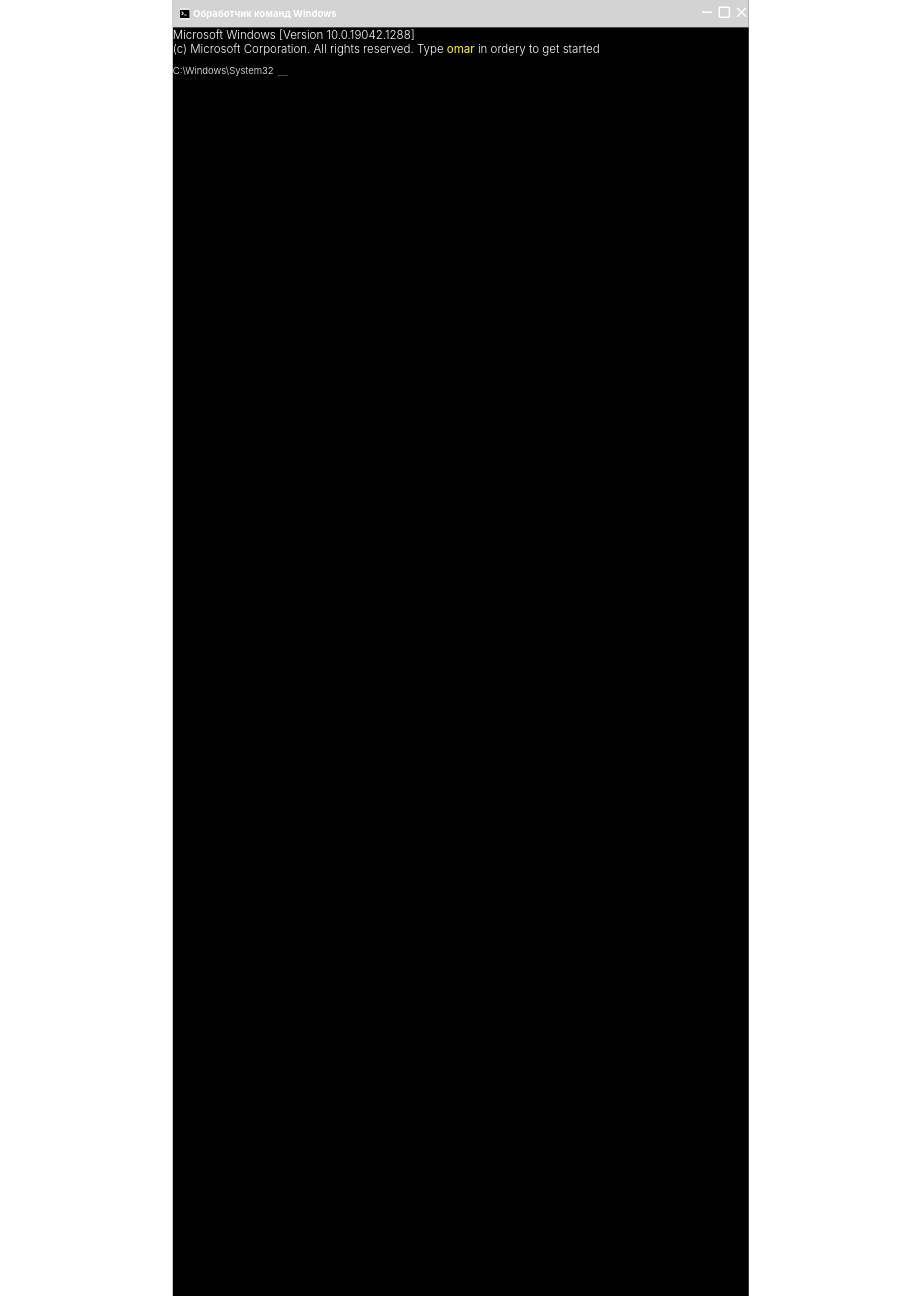
Repository: om1ars/cmd-port
Page: /, after clicking the first element matching `div.right > :nth-child(2)`
These files come from the project's save history. The page is drawn as it stood at one moment and after the next save; the edit follows.
The browser window is 1280 px wide. The pictures show the whole page, at 72% of full size.
The project was rebuilt for these pictures with package versions that can differ from the ones it lists, and the page was loaded fresh each time.

Above is the page before, as saved 2021-11-04 15:54:20.

After the next save:
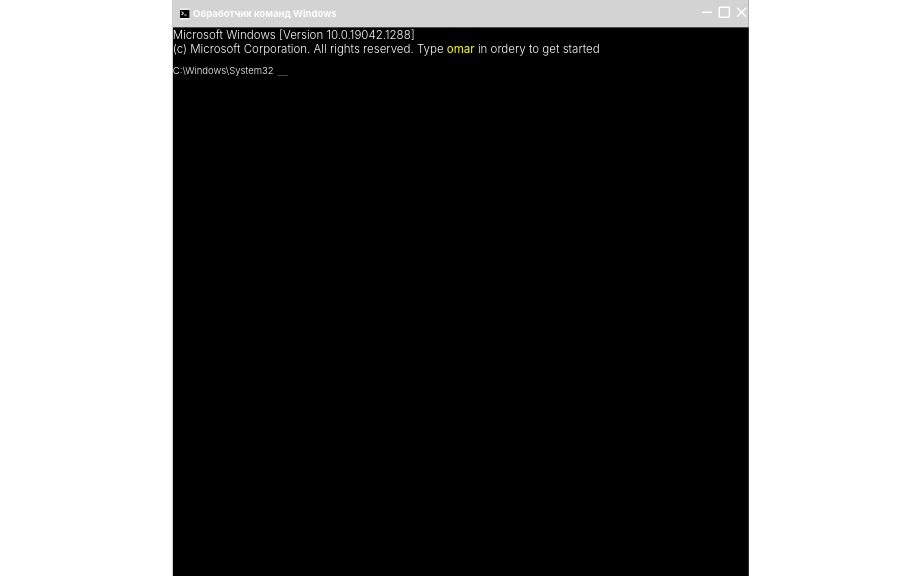
Saved 7 s later.
--- a/src/styles.css
+++ b/src/styles.css
@@ -83,6 +83,6 @@
 }
 .shrink {
   width: 800px;
-  height: 1800px;
+  height: 800px;
   margin: auto;
 }
